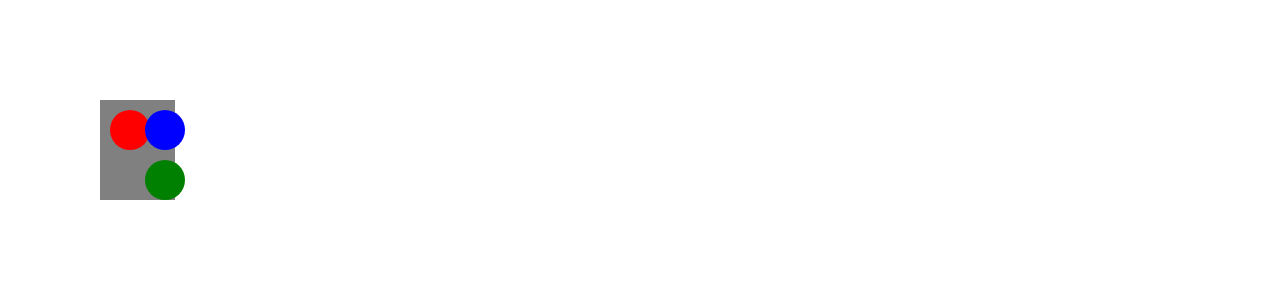
Repository: Code-Institute-Submissions/The-Simon-Game
Page: index.html
The author's editor kept a record of every edit. The page is drawn from the files as they stood at one moment, then again after the next edit.
The browser window is 1280 px wide. The pictures show the whole page.

Above is the page before.

### index.html
<!DOCTYPE html>
<html lang="en">

<head>
    <meta charset="UTF-8">
    <meta name="viewport" content="width=device-width, initial-scale=1.0">
    <meta http-equiv="X-UA-Compatible" content="ie=edge">
    <link rel="stylesheet" href="https://stackpath.bootstrapcdn.com/bootstrap/4.3.1/css/bootstrap.min.css" integrity="sha384-ggOyR0iXCbMQv3Xipma34MD+dH/1fQ784/j6cY/iJTQUOhcWr7x9JvoRxT2MZw1T" crossorigin="anonymous">
    <link rel="stylesheet" href="css/style.css" type="text/css" />
    <title>Simon The Memory Game</title>
</head>

<body>
    <section class="panel">
        <div class="panel-overlay">
            <div class="row">
                <div class="column col-4 col-sm-4">
                    <div class="red"></div>
                </div>
                <div class="column col-3 col-sm-3">
                    <div class="blue"></div>
                    <div class="green"></div>
                </div>
                <div class="column col-4 col-sm-4">
                </div>
            </div>
        </div>
    </section>
</body>

</html>

### css/style.css
.panel {
    height: 100px;
    width: 75px;
    margin: 100px;
    background-color: grey;
}



.yellow {
    height: 40px;
    width: 40px;
    margin: 10px;
    background-color: yellow;
    border-color: black;
    border-radius: 50px;
    border-width: 10px;
}

.red {
    height: 40px;
    width: 40px;
    margin: 10px;
    background-color: red;
    border-color: black;
    border-radius: 50px;
}

.blue {
    height: 40px;
    width: 40px;
    margin: 10px;
    background-color: blue;
    border-color: black;
    border-radius: 50px;
}

.green {
    height: 40px;
    width: 40px;
    margin: 10px;
    background-color: green;
    border-color: black;
    border-radius: 50px;
}

After the next edit:
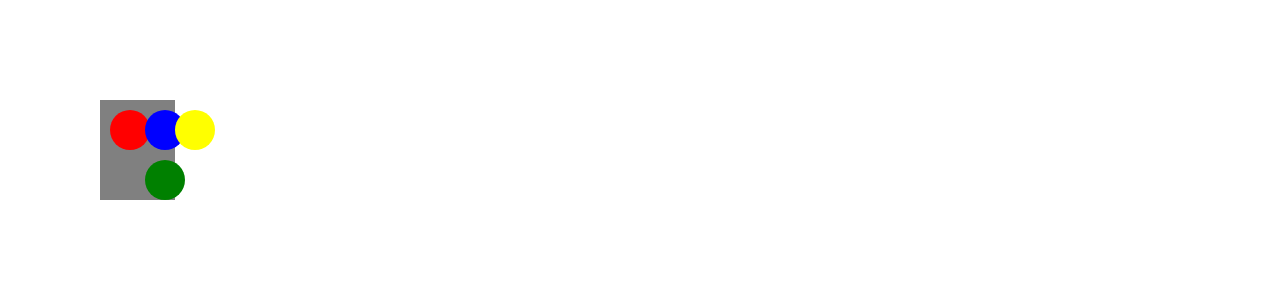
The edit:
--- a/index.html
+++ b/index.html
@@ -22,6 +22,7 @@
                     <div class="green"></div>
                 </div>
                 <div class="column col-4 col-sm-4">
+                    <div class="yellow"></div>
                 </div>
             </div>
         </div>
